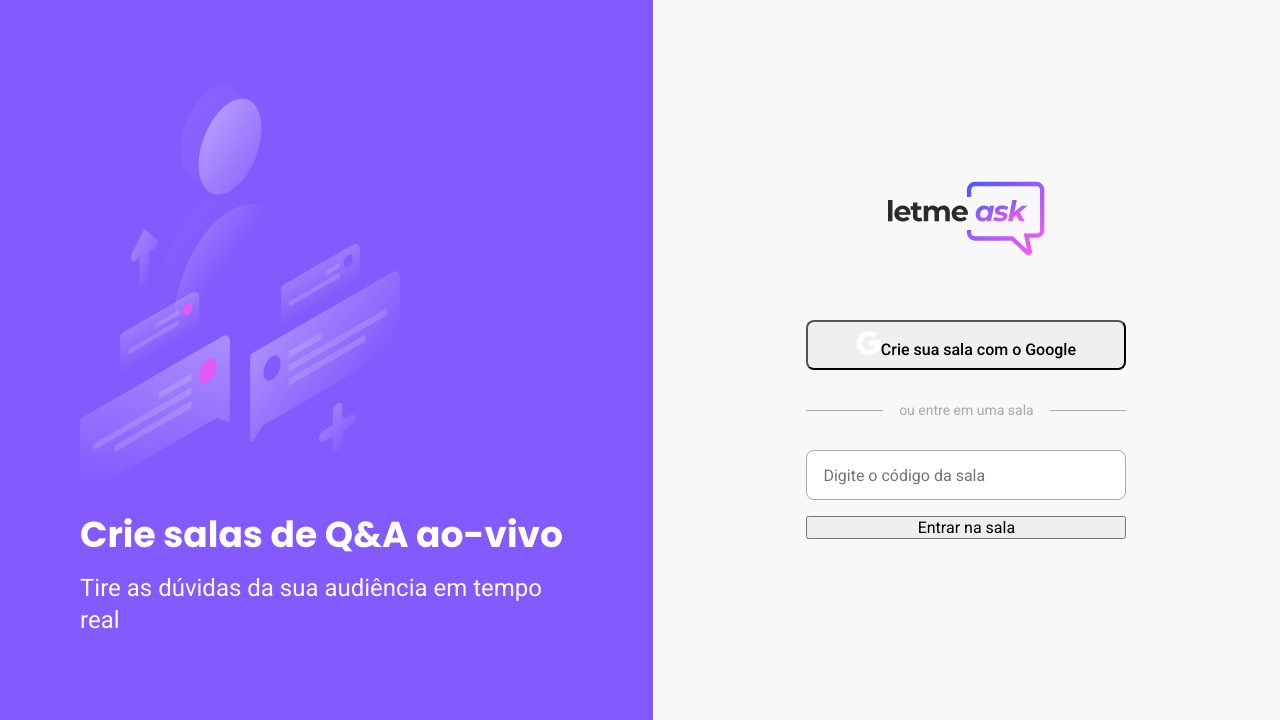
Repository: jeffblanc23/letmeask
Page: /
These files come from the project's save history. The page is drawn as it stood at one moment and after a run of saves; the edit follows.
The browser window is 1280 px wide. The pictures show the whole page.
The project was rebuilt for these pictures with package versions that can differ from the ones it lists, and the page was loaded fresh each time.

Above is the page before, as saved 2021-06-22 21:18:46.

After the next 4 saves:
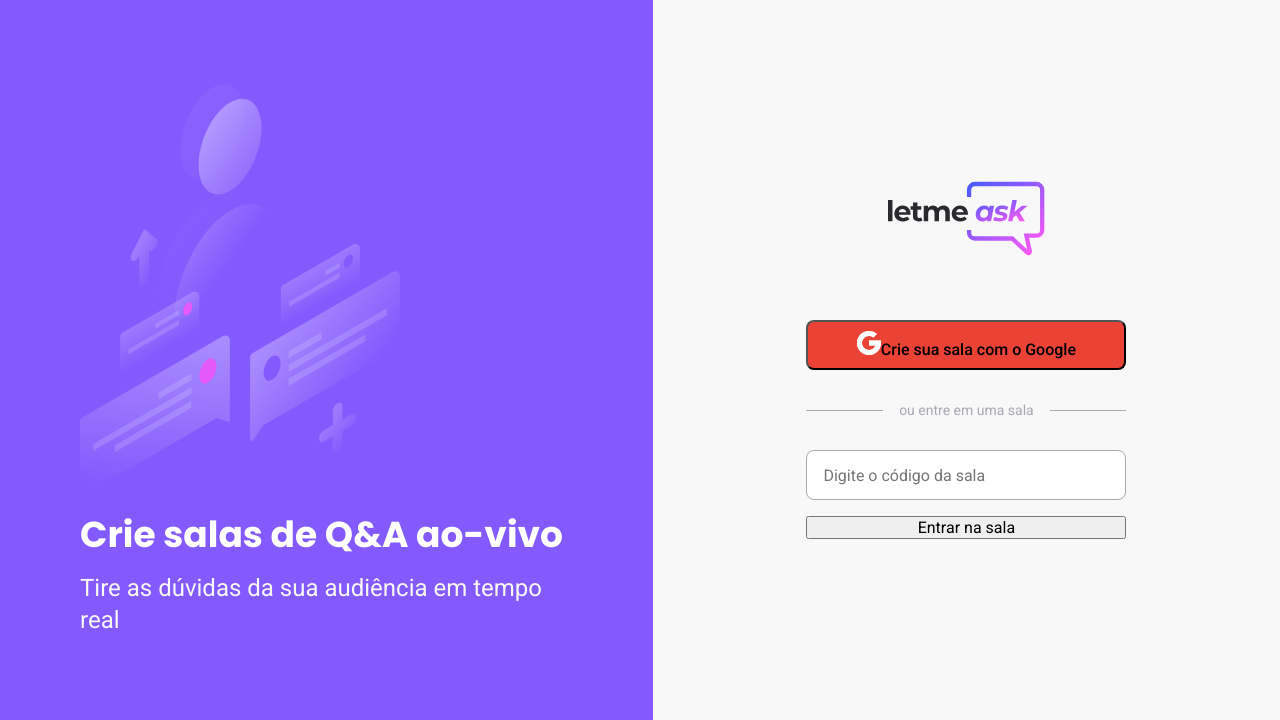
The 4 saves are shown as one change because 2 did not build or start and some came seconds apart.
The last was saved 15 s later.
--- a/src/styles/auth.scss
+++ b/src/styles/auth.scss
@@ -80,6 +80,7 @@
 		height: 50px;
 		border-radius: 8px;
 		font-weight: 500;
+		background: #ea4335
 	}
 
 	.separator {
